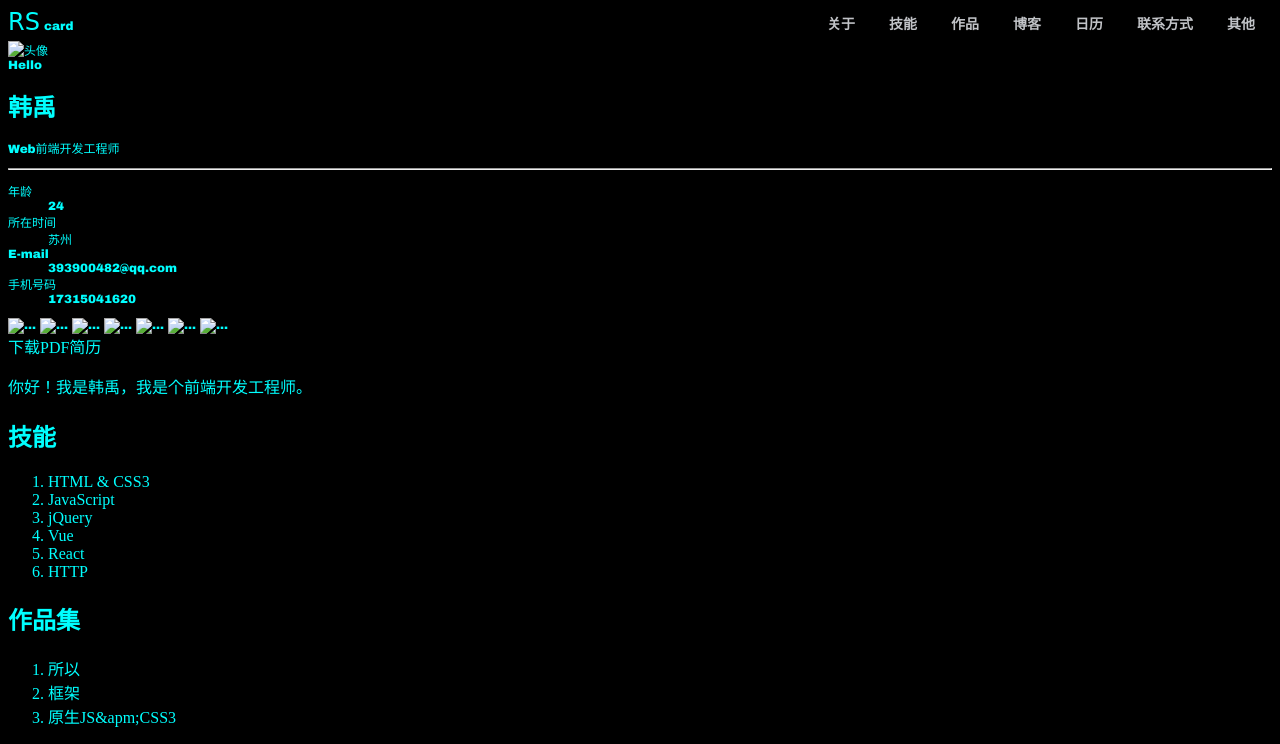
Repository: yorkHan/resume
Page: index.html
The author's editor kept a copy of each file at every save. The page is drawn from the files as they stood at one save, then again after the next save.
The browser window is 1280 px wide. The pictures show the whole page.

Above is the page before, as saved 2018-04-09 14:34:05.

After the next save:
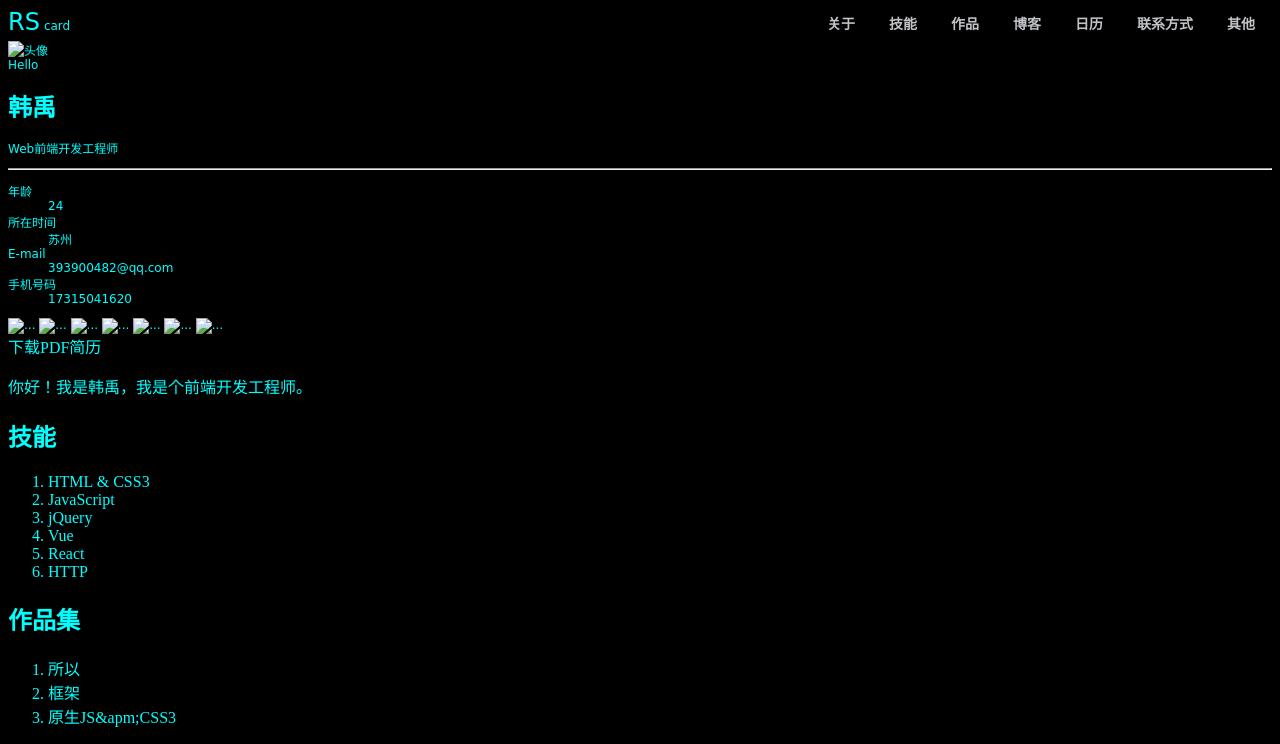
Saved 8 s later.
--- a/1.css
+++ b/1.css
@@ -40,5 +40,5 @@ a{
 }
 .card{
     font-size: 12px;
-    font-family: "Arial Black";
+    font-family: "DejaVu Sans";
 }
